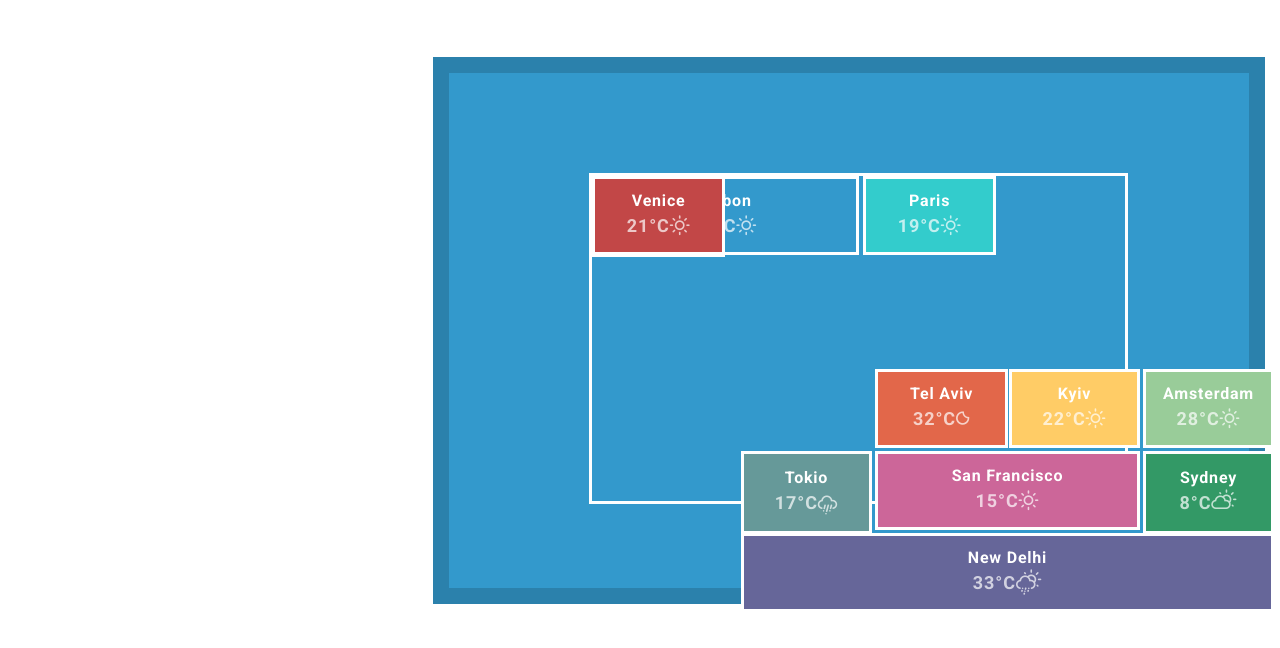
Repository: shpakovskaya/github.io
Page: boxsizing/weatherforecast/index.html
An editor plug-in stored every save of this project. The page is shown before and after the next save, followed by the edit.
The browser window is 1280 px wide. The pictures show the whole page.

Above is the page before, as saved 2021-11-29 20:12:46.

After the next save:
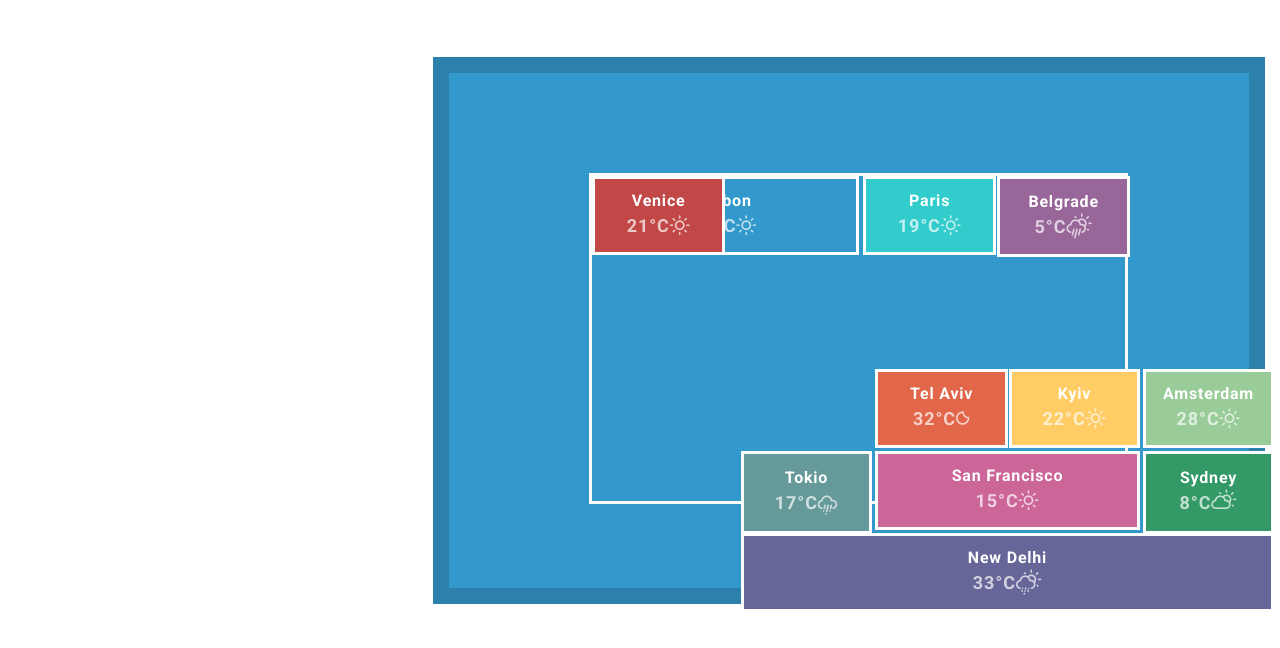
Saved 21 s later.
--- a/boxsizing/weatherforecast/style.css
+++ b/boxsizing/weatherforecast/style.css
@@ -90,7 +90,7 @@ span {
   position: absolute;
   width: 25%;
   height: 81px;
-  left: 0px;
+  left: 405px;
   top: 0px;
   background: #996699;
   border: 3px solid #ffffff;
